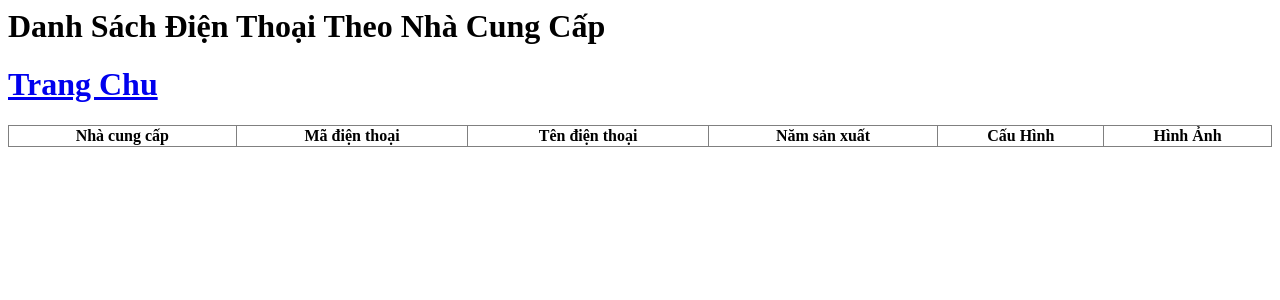
Repository: ducvu2414/WWW_OnGK
Page: http://localhost/Bai1/DanhSachDienThoaiNCC
An editor plug-in stored every save of this project. The page is shown before and after the next save, followed by the edit.
The browser window is 1280 px wide. The pictures show the whole page.
The page is served by Tomcat 10. Queries for data that is not in the repository find no rows.

Above is the page before, as saved 2024-10-05 05:42:42.

After the next save:
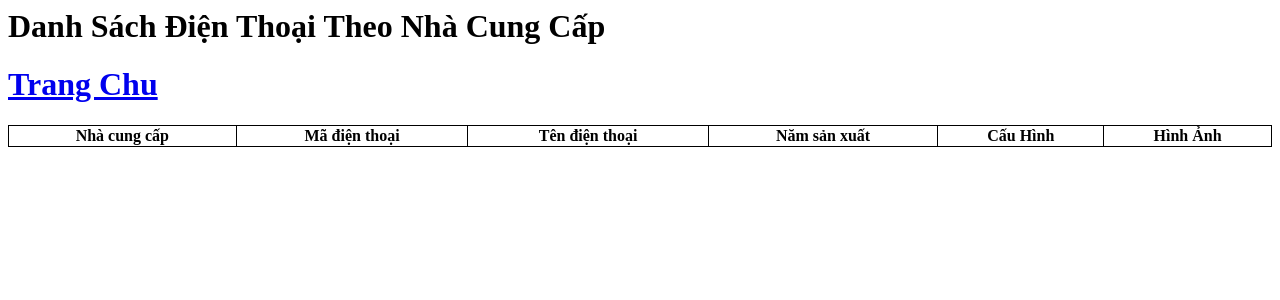
Saved 6 s later.
--- a/Bai1/src/main/webapp/DanhSachDienThoaiNCC.jsp
+++ b/Bai1/src/main/webapp/DanhSachDienThoaiNCC.jsp
@@ -11,6 +11,10 @@
 table {
 	border-collapse: collapse;
 	width: 100%;
+}
+
+table, th, td {
+	border: 1px solid black;
 }
 </style>
 </head>
